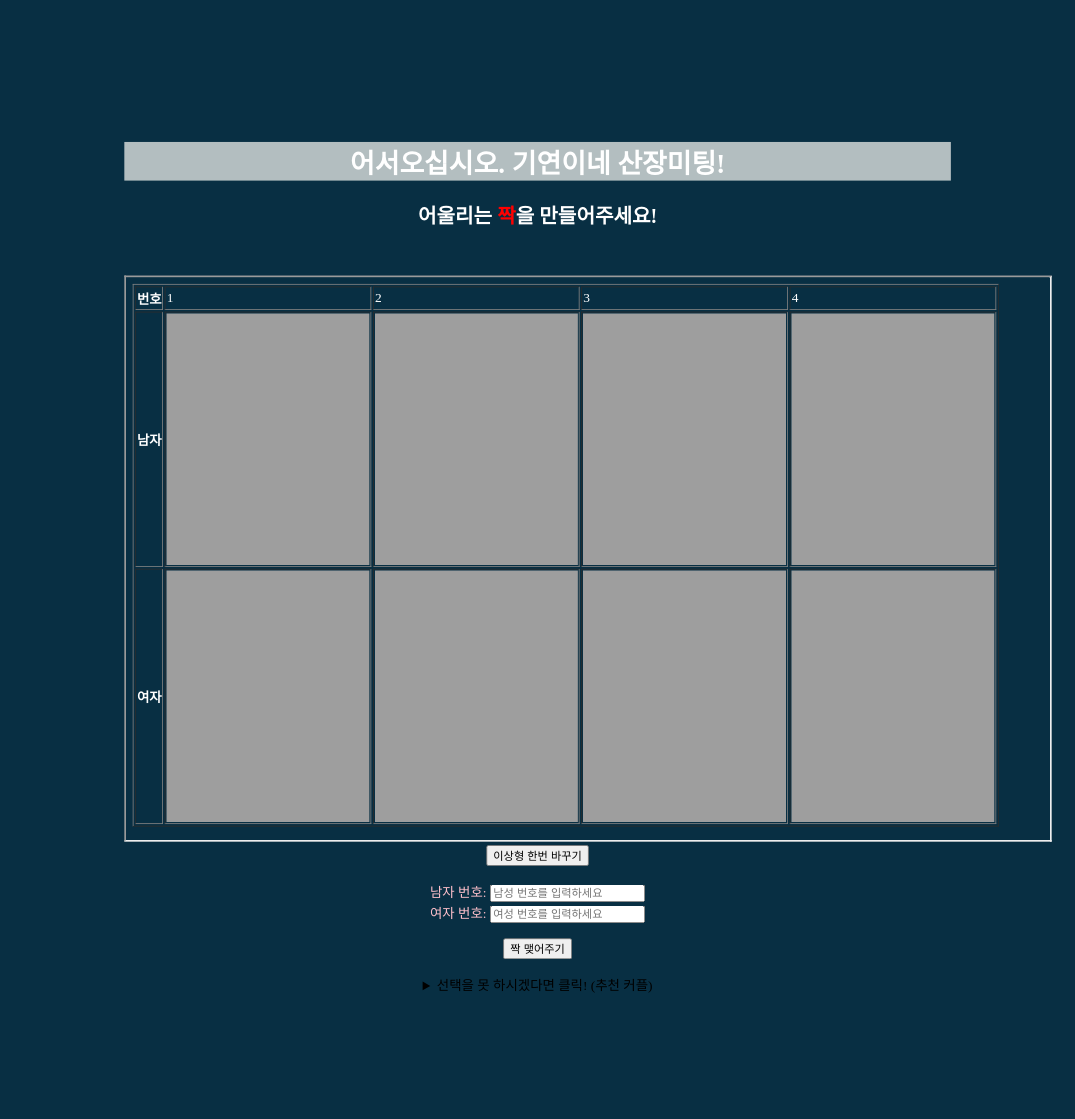
Repository: trapezer84/JSP
Page: http://localhost/AEA_Assignment/
The author's editor kept a copy of each file at every save. The page is drawn from the files as they stood at one save, then again after the next save.
The browser window is 1280 px wide. The pictures show the whole page, at 84% of full size.
The page is served by Tomcat 9. Other server files are loaded and not shown.

Above is the page before, as saved 2016-02-05 00:27:19.

### AEA_Assignment/WebContent/index.jsp
<%@ page language="java" contentType="text/html; charset=UTF-8"
	pageEncoding="UTF-8"%>
<!DOCTYPE html>
<html>
<head>
<meta http-equiv="Content-Type" content="text/html; charset=UTF-8">
<title>기연이네 산장미팅</title>
</head>
<body bgcolor="#082f43" style ="padding:140px">

	<div style="background: #B3BEC0; color: white; padding: 120">
		<h1 align="center">어서오십시오. 기연이네 산장미팅!</h1>
	</div>

	<div align="center" style="color: white">
		<h2>
			어울리는 <span style="color: red">짝</span>을 만들어주세요!
		</h2>

	</div>

	<br />

	<br />
	<div align="center">
		<iframe name="display" src="./showIdealType.jsp" width="1100"
			height="670"></iframe>
	</div>

	<div align="center" >
		<a href="./showother.jsp" target="display">
		<input type="button" value="이상형 한번 바꾸기">
		</a>
		<br />
		<br />
	</div>

	<div align="center" style="color: pink">
		<form method="post" action="/AEA_Assignment/result">
			남자 번호: <input type="text" name="man" placeholder="남성 번호를 입력하세요"><br>
			여자 번호: <input type="text" name="woman" placeholder="여성 번호를 입력하세요"><br>
			<br /> <input type="submit" value="짝 맺어주기">
		</form>

		<br />

		<details style="color: black">
			<summary>선택을 못 하시겠다면 클릭! (추천 커플)</summary>
			<p>1번 3번</p>
			<p>2번 4번</p>
			<p>3번 1번</p>
			<p>4번 2번</p>
		</details>

	</div>

</body>
</html>

### AEA_Assignment/WebContent/showIdealType.jsp
<%@ page language="java" contentType="text/html; charset=UTF-8"
	pageEncoding="UTF-8"%>
<!DOCTYPE html PUBLIC "-//W3C//DTD HTML 4.01 Transitional//EN" "http://www.w3.org/TR/html4/loose.dtd">
<html>
<head>
<meta http-equiv="Content-Type" content="text/html; charset=UTF-8">
<title>Insert title here</title>
</head>
<body>

	<div>
		<table border="1" style="color:white">
			<tr>
				<th>번호</th>
				<td>1</td>
				<td>2</td>
				<td>3</td>
				<td>4</td>
			</tr>
			<tr>
				<th>남자</th>
				<td><img alt=""
					src="http://www.fashionseoul.com/wp-content/uploads/2014/02/20140203_TNGT_LeeJinWook-1.jpg"
					width="242" height="300"></td>
				<td><img
					src="https://s-media-cache-ak0.pinimg.com/236x/2a/0d/40/2a0d40b832ada4ad59a0372a74af5a98.jpg"
					width="242" height="300"></td>
				<td><img
					src="http://www.justmedia.co.kr/news/photo/201512/1105_809_2311.jpg"
					width="242" height="300"></td>
				<td><img
					src="http://pds.joins.com/news/component/osen/201106/14/201106141123772500_1.jpg"
					width="242" height="300"></td>
			</tr>

			<tr>
				<th>여자</th>
				<td><img
					src="http://thestar.chosun.com/site/data/img_dir/2011/02/18/2011021800649_0.jpg"
					width="242" height="300"></td>
				<td><img
					src="http://www.iworldtoday.com/news/photo/201602/185426_59589_165.jpg"
					width="242" height="300"></td>
				<td><img
					src="http://img.etoday.co.kr/pto_db/2015/07/600/20150729095216_684468_656_870.jpg"
					width="242" height="300"></td>
				<td><img
					src="https://file2.instiz.net/data/file2/2015/11/19/1/3/3/1331ca94dce6692b630b56d3acc72d41.jpg"
					width="242" height="300"></td>
			</tr>

		</table>
	</div>

</body>
</html>

After the next save:
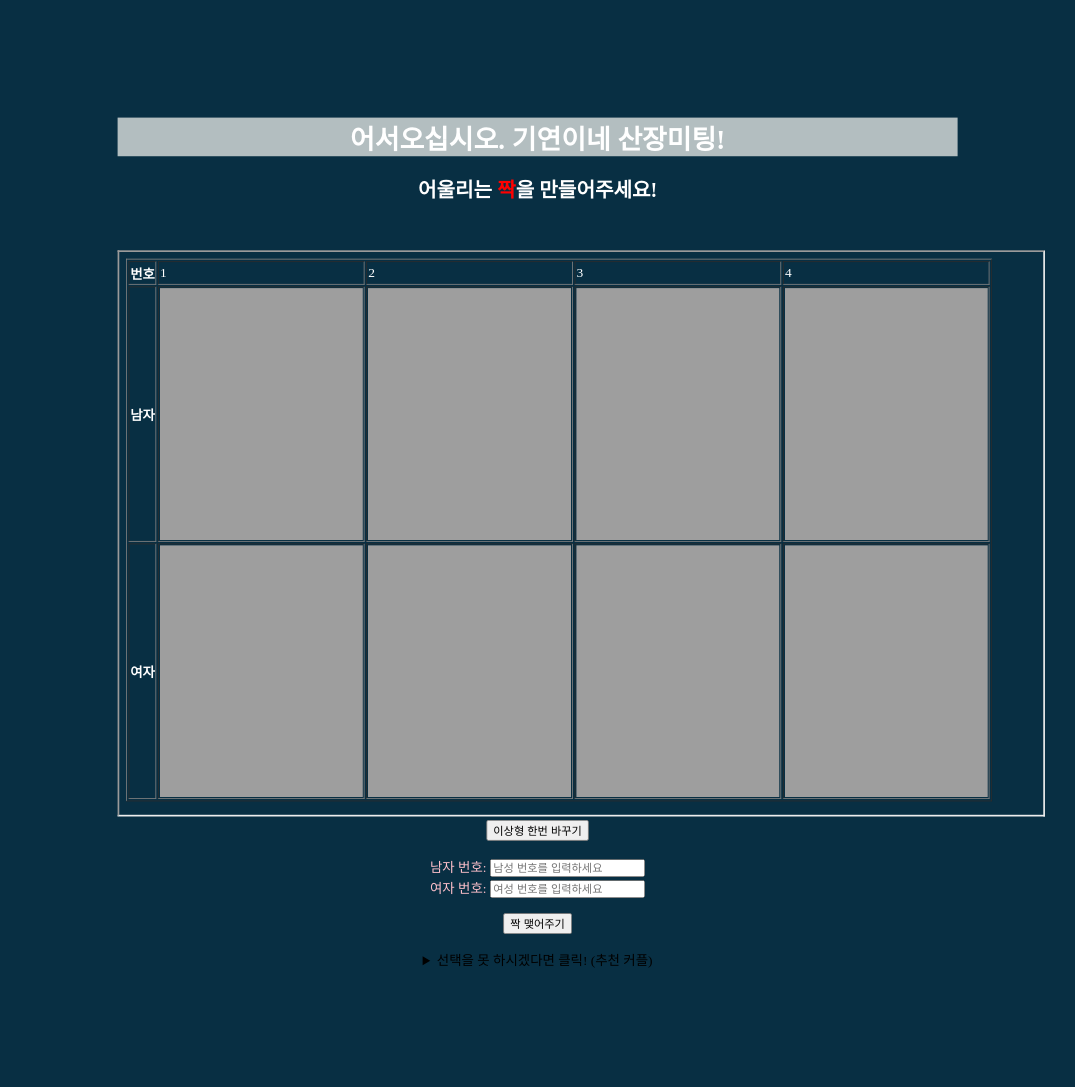
Saved 18 s later.
--- a/AEA_Assignment/WebContent/index.jsp
+++ b/AEA_Assignment/WebContent/index.jsp
@@ -6,7 +6,7 @@
 <meta http-equiv="Content-Type" content="text/html; charset=UTF-8">
 <title>기연이네 산장미팅</title>
 </head>
-<body bgcolor="#082f43" style ="padding:140px">
+<body bgcolor="#082f43" style ="margin:140px">
 
 	<div style="background: #B3BEC0; color: white; padding: 120">
 		<h1 align="center">어서오십시오. 기연이네 산장미팅!</h1>
